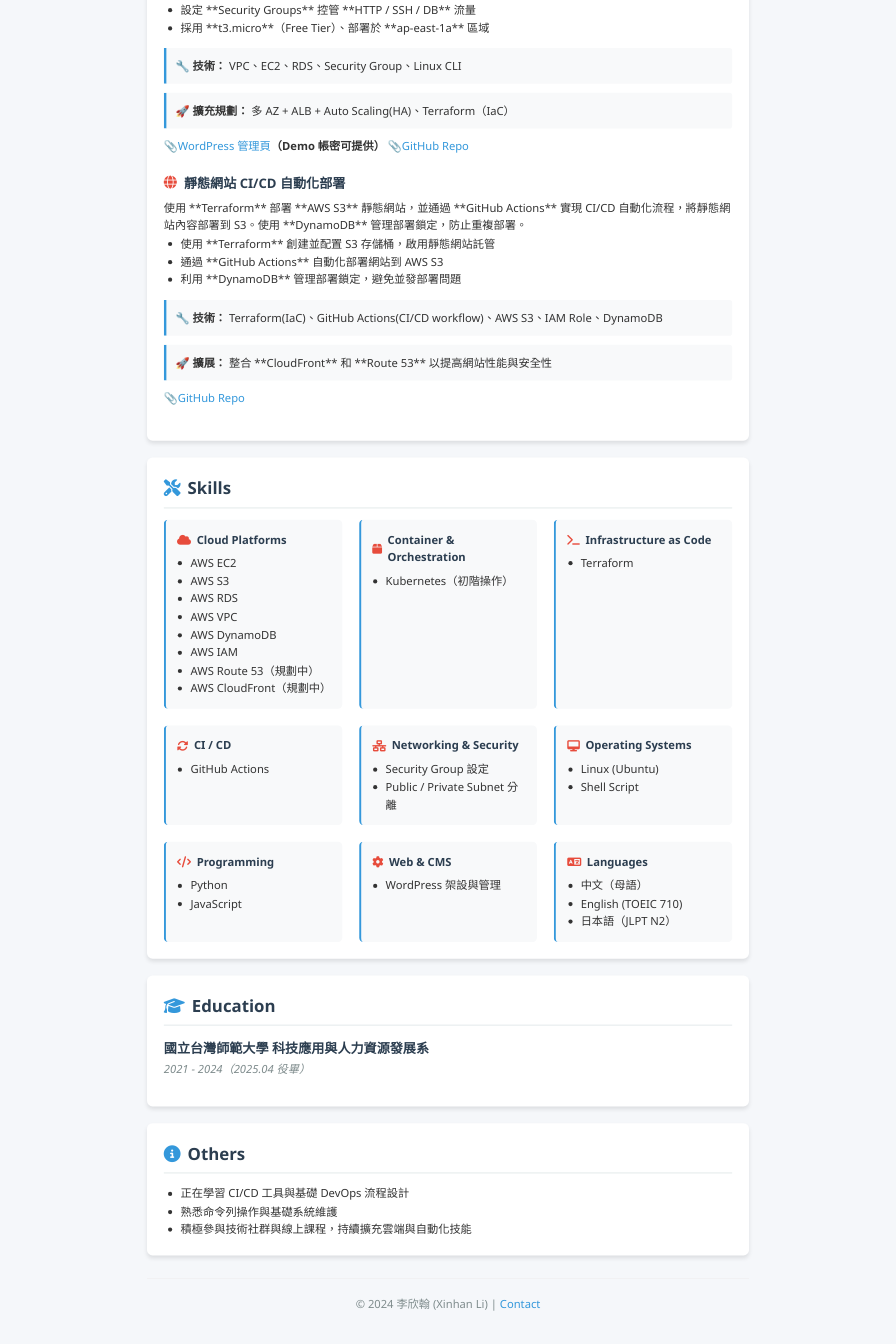
Repository: Graylee0128/aws-tf-ga-personal-website
Page: index.html
The author's editor kept a copy of each file at every save. The page is drawn from the files as they stood at one save, then again after the next save.
The browser window is 1280 px wide. The pictures show the part of the page from y = 772 to 2692 px (the page is 2692 px tall before and 2333 px after), at 70% of full size.

Above is the page before, as saved 2025-04-22 12:31:04.

### index.html
<!DOCTYPE html>
<html lang="zh-TW">
<head>
    <meta charset="UTF-8">
    <meta name="viewport" content="width=device-width, initial-scale=1.0">
    <title>李欣翰 (Xinhan Li) | DevOps & Cloud Engineer</title>
    <link rel="stylesheet" href="/styles/styles.css">
    <link rel="stylesheet" href="https://cdnjs.cloudflare.com/ajax/libs/font-awesome/6.4.0/css/all.min.css">
</head>
<body>
    <div class="container">
        <header>
            <div class="header-content">
                <div class="avatar-container" style="width:80px; height:80px;">
                    <img src="/images/head.JPG" alt="大頭" style="width:100%; height:100%; object-fit:cover;">
                </div>
                <h1>李欣翰 <span class="en-name">Xinhan Li</span></h1>
                <div class="contact-info">
                    <p><i class="fas fa-envelope"></i> <a href="mailto:xinhanli.job@gmail.com">xinhanli.job@gmail.com</a> |
                    <i class="fab fa-github"></i> <a href="https://github.com/yourusername" target="_blank">GitHub</a> |
                    <i class="fas fa-map-marker-alt"></i> 台灣，新北</p>
                </div>
            </div>
        </header>

        <main>
            <section class="card">
                <h2><i class="fas fa-bullseye"></i> Objective</h2>
                <p>熱衷雲端架構與自動化部署的 DevOps 初學者，具備 AWS 二層架構實作經驗，熟悉 EC2、S3、RDS 服務，並具備基本的 Kubernetes 操作能力。</p>
                <p>目前正在準備 AWS Certified Solutions Architect – Associate（SAA）證照，期望未來能成為一位專業的 DevOps / Cloud Engineer，參與 CI/CD 流程建置、雲端架構優化與平台穩定性提升等工作，並持續精進雲端與系統管理相關技能。</p>
            </section>

            <section class="card">
                <h2><i class="fas fa-briefcase"></i> Projects</h2>

                <div class="project">
                    <h3><i class="fas fa-globe"></i> AWS WordPress Web Architecture Project</h3>
                    <p>使用 **AWS** 架設 **WordPress** 雙層架構，實作基本雲端部署流程與網路隔離。</p>
                    <ul>
                        <li>使用自訂 **VPC** 劃分 **Public / Private Subnet**</li>
                        <li>在 **EC2**（Public Subnet）安裝 **WordPress**，並連接 **RDS**（Private Subnet）</li>
                        <li>設定 **Security Groups** 控管 **HTTP / SSH / DB** 流量</li>
                        <li>採用 **t3.micro**（Free Tier）、部署於 **ap-east-1a** 區域</li>
                    </ul>
                    <div class="tech-box">
                        <strong>🔧 技術：</strong> VPC、EC2、RDS、Security Group、Linux CLI
                    </div>
                    <div class="tech-box">
                        <strong>🚀 擴充規劃：</strong> 多 AZ + ALB + Auto Scaling(HA)、Terraform（IaC）
                    </div>
                    <div class="demo-link">
                        <strong>📎<a href="http://18.162.194.92/wp-admin/" target="_blank">WordPress 管理頁</a>（Demo 帳密可提供）</strong>
                        <strong>📎<a href="https://github.com/Graylee0128/aws-web-project" target="_blank">GitHub Repo</a></strong>
                    </div>
                </div>

                <div class="project">
                    <h3><i class="fas fa-globe"></i> 靜態網站 CI/CD 自動化部署</h3>
                    <p>使用 **Terraform** 部署 **AWS S3** 靜態網站，並通過 **GitHub Actions** 實現 CI/CD 自動化流程，將靜態網站內容部署到 S3。使用 **DynamoDB** 管理部署鎖定，防止重複部署。</p>
                    <ul>
                        <li>使用 **Terraform** 創建並配置 S3 存儲桶，啟用靜態網站託管</li>
                        <li>通過 **GitHub Actions** 自動化部署網站到 AWS S3</li>
                        <li>利用 **DynamoDB** 管理部署鎖定，避免並發部署問題</li>
                    </ul>
                    <div class="tech-box">
                        <strong>🔧 技術：</strong> Terraform(IaC)、GitHub Actions(CI/CD workflow)、AWS S3、IAM Role、DynamoDB
                    </div>
                    <div class="tech-box">
                        <strong>🚀 擴展：</strong> 整合 **CloudFront** 和 **Route 53** 以提高網站性能與安全性
                    </div>
                    <div class="demo-link">
                        <strong>📎<a href="https://github.com/Graylee0128/aws-tf-ga-personal-website" target="_blank">GitHub Repo</a></strong>
                    </div>
                </div>
            </section>

            <section class="card">
                <h2><i class="fas fa-tools"></i> Skills</h2>
                <div class="skills-container">
                    <div class="skill-category">
                        <h4><i class="fas fa-cloud"></i> Cloud Platforms</h4>
                        <ul>
                            <li>AWS EC2</li>
                            <li>AWS S3</li>
                            <li>AWS RDS</li>
                            <li>AWS VPC</li>
                            <li>AWS DynamoDB</li>
                            <li>AWS IAM</li>
                            <li>AWS Route 53（規劃中）</li>
                            <li>AWS CloudFront（規劃中）</li>
                        </ul>
                    </div>
                    <div class="skill-category">
                        <h4><i class="fas fa-box"></i> Container & Orchestration</h4>
                        <ul>
                            <li>Kubernetes（初階操作）</li>
                        </ul>
                    </div>
                    <div class="skill-category">
                        <h4><i class="fas fa-terminal"></i> Infrastructure as Code</h4>
                        <ul>
                            <li>Terraform</li>
                        </ul>
                    </div>
                    <div class="skill-category">
                        <h4><i class="fas fa-sync-alt"></i> CI / CD</h4>
                        <ul>
                            <li>GitHub Actions</li>
                        </ul>
                    </div>
                    <div class="skill-category">
                        <h4><i class="fas fa-network-wired"></i> Networking & Security</h4>
                        <ul>
                            <li>Security Group 設定</li>
                            <li>Public / Private Subnet 分離</li>
                        </ul>
                    </div>
                    <div class="skill-category">
                        <h4><i class="fas fa-desktop"></i> Operating Systems</h4>
                        <ul>
                            <li>Linux (Ubuntu)</li>
                            <li>Shell Script</li>
                        </ul>
                    </div>
                    <div class="skill-category">
                        <h4><i class="fas fa-code"></i> Programming</h4>
                        <ul>
                            <li>Python</li>
                            <li>JavaScript</li>
                        </ul>
                    </div>
                    <div class="skill-category">
                        <h4><i class="fas fa-cog"></i> Web & CMS</h4>
                        <ul>
                            <li>WordPress 架設與管理</li>
                        </ul>
                    </div>
                    <div class="skill-category">
                        <h4><i class="fas fa-language"></i> Languages</h4>
                        <ul>
                            <li>中文（母語）</li>
                            <li>English (TOEIC 710)</li>
                            <li>日本語（JLPT N2）</li>
                        </ul>
                    </div>
                </div>
            </section>

            <section class="card">
                <h2><i class="fas fa-graduation-cap"></i> Education</h2>
                <div class="education-item">
                    <h3>國立台灣師範大學 科技應用與人力資源發展系</h3>
                    <p class="date">2021 - 2024（2025.04 役畢）</p>
                </div>
            </section>

            <section class="card">
                <h2><i class="fas fa-info-circle"></i> Others</h2>
                <ul class="others-list">
                    <li>正在學習 CI/CD 工具與基礎 DevOps 流程設計</li>
                    <li>熟悉命令列操作與基礎系統維護</li>
                    <li>積極參與技術社群與線上課程，持續擴充雲端與自動化技能</li>
                </ul>
            </section>
        </main>

        <footer>
            <p>© 2024 李欣翰 (Xinhan Li) | <a href="mailto:xinhanli.job@gmail.com">Contact</a></p>
        </footer>
    </div>
</body>
</html>

### styles/styles.css
/* Base Styles */
:root {
    --primary-color: #3498db;
    --secondary-color: #2c3e50;
    --accent-color: #e74c3c;
    --light-color: #ecf0f1;
    --dark-color: #2c3e50;
    --text-color: #333;
    --text-light: #7f8c8d;
    --card-shadow: 0 4px 6px rgba(0, 0, 0, 0.1);
    --transition: all 0.3s ease;
}

* {
    margin: 0;
    padding: 0;
    box-sizing: border-box;
}

body {
    font-family: 'Segoe UI', Tahoma, Geneva, Verdana, sans-serif;
    line-height: 1.6;
    color: var(--text-color);
    background-color: #f5f7fa;
    padding: 0;
    margin: 0;
}

.container {
    max-width: 900px;
    margin: 0 auto;
    padding: 20px;
}

/* Header Styles */
header {
    background-color: var(--secondary-color);
    color: white;
    padding: 2rem 0;
    margin-bottom: 2rem;
    border-bottom: 4px solid var(--primary-color);
}

.header-content {
    max-width: 900px;
    margin: 0 auto;
    padding: 0 20px;
}

h1 {
    font-size: 2.5rem;
    margin-bottom: 0.5rem;
}

.en-name {
    font-weight: normal;
    font-size: 1.8rem;
    opacity: 0.9;
}

.contact-info {
    margin-top: 1rem;
}

.contact-info a {
    color: white;
    text-decoration: none;
    transition: var(--transition);
}

.contact-info a:hover {
    color: var(--primary-color);
}

.contact-info i {
    margin-right: 5px;
    width: 20px;
    text-align: center;
}

/* Card Styles */
.card {
    background: white;
    border-radius: 8px;
    padding: 1.5rem;
    margin-bottom: 1.5rem;
    box-shadow: var(--card-shadow);
    transition: var(--transition);
}

.card:hover {
    transform: translateY(-5px);
    box-shadow: 0 10px 20px rgba(0, 0, 0, 0.1);
}

.card h2 {
    color: var(--secondary-color);
    margin-bottom: 1rem;
    padding-bottom: 0.5rem;
    border-bottom: 2px solid var(--light-color);
    display: flex;
    align-items: center;
}

.card h2 i {
    margin-right: 10px;
    color: var(--primary-color);
}

/* Project Styles */
.project {
    margin-bottom: 1.5rem;
}

.project h3 {
    color: var(--dark-color);
    margin-bottom: 0.5rem;
    display: flex;
    align-items: center;
}

.project h3 i {
    margin-right: 10px;
    color: var(--accent-color);
}

.project ul {
    margin-left: 1.5rem;
    margin-bottom: 1rem;
}

.tech-box {
    background-color: #f8f9fa;
    border-left: 4px solid var(--primary-color);
    padding: 0.8rem;
    margin: 0.8rem 0;
    border-radius: 0 4px 4px 0;
}

.demo-link {
    margin-top: 0.8rem;
}

.demo-link a {
    color: var(--primary-color);
    text-decoration: none;
    font-weight: 500;
}

.demo-link a:hover {
    text-decoration: underline;
}

/* Skills Styles */
.skills-container {
    display: grid;
    grid-template-columns: repeat(auto-fill, minmax(200px, 1fr));
    gap: 1.5rem;
    margin-top: 1rem;
}

.skill-category {
    background-color: #f8f9fa;
    padding: 1rem;
    border-radius: 6px;
    border-left: 3px solid var(--primary-color);
}

.skill-category h4 {
    color: var(--secondary-color);
    margin-bottom: 0.5rem;
    display: flex;
    align-items: center;
}

.skill-category h4 i {
    margin-right: 8px;
    color: var(--accent-color);
}

.skill-category ul {
    margin-left: 1.2rem;
}

/* Education Styles */
.education-item {
    margin-bottom: 1rem;
}

.education-item h3 {
    color: var(--dark-color);
    margin-bottom: 0.2rem;
}

.date {
    color: var(--text-light);
    font-style: italic;
}

/* Others Styles */
.others-list {
    margin-left: 1.5rem;
}

/* Footer Styles */
footer {
    text-align: center;
    padding: 1.5rem 0;
    margin-top: 2rem;
    color: var(--text-light);
    border-top: 1px solid #eee;
}

footer a {
    color: var(--primary-color);
    text-decoration: none;
}

footer a:hover {
    text-decoration: underline;
}

/* Responsive Design */
@media (max-width: 768px) {
    .skills-container {
        grid-template-columns: 1fr;
    }

    h1 {
        font-size: 2rem;
    }

    .en-name {
        font-size: 1.4rem;
    }

    .header-content, .container {
        padding: 0 15px;
    }
}

@media (max-width: 480px) {
    .contact-info p {
        font-size: 0.9rem;
    }
}


.download-btn-container {
    margin-top: 10px;
}

.download-btn {
    background-color: #4CAF50; /* 綠色背景 */
    color: white; /* 白色文字 */
    border: none; /* 去掉邊框 */
    padding: 10px 20px; /* 上下 10px，左右 20px */
    text-align: center; /* 文字居中 */
    text-decoration: none; /* 去掉底線 */
    display: inline-block; /* 使按鈕並排顯示 */
    font-size: 16px; /* 字體大小 */
    cursor: pointer; /* 鼠標為指針狀 */
    border-radius: 5px; /* 圓角 */
    transition: background-color 0.3s ease; /* 滑鼠懸停顏色變換效果 */
}

.download-btn:hover {
    background-color: #45a049; /* 滑鼠懸停時顏色變深 */
}

After the next save:
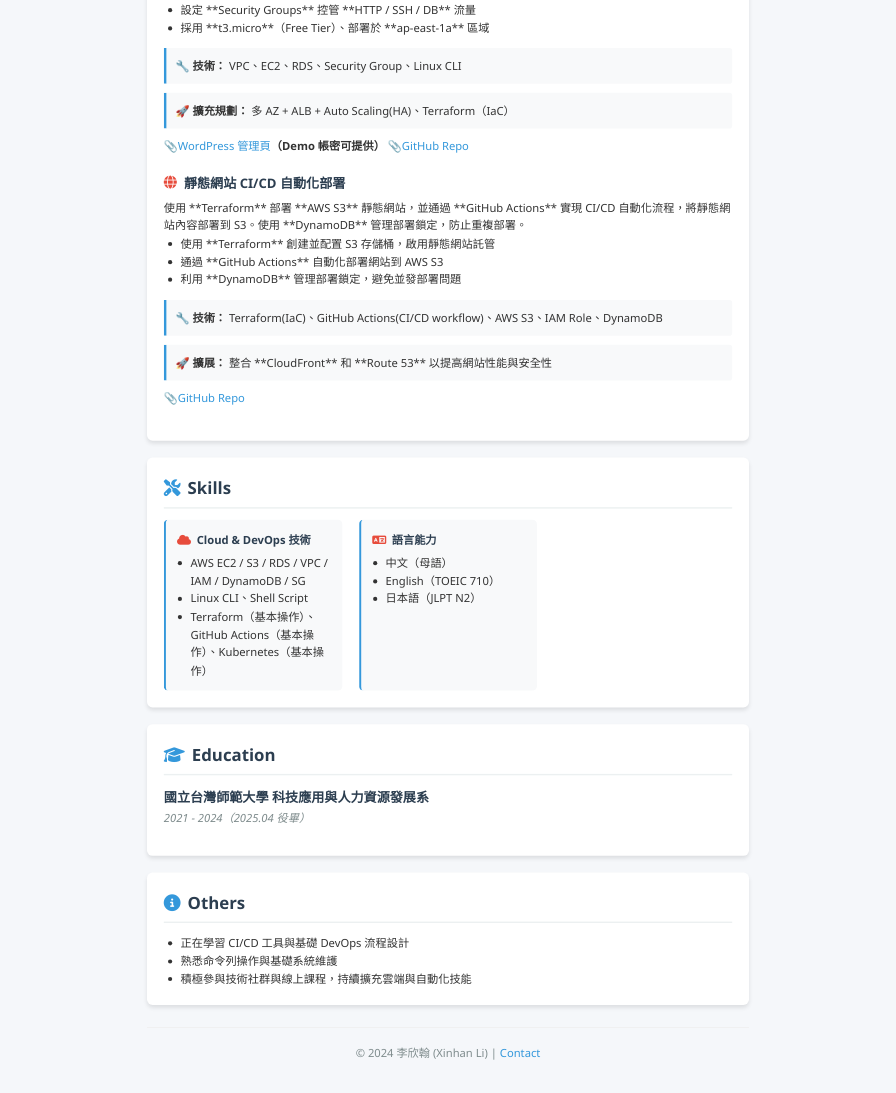
Saved 5 min 1 s later.
--- a/index.html
+++ b/index.html
@@ -78,73 +78,24 @@
                 <h2><i class="fas fa-tools"></i> Skills</h2>
                 <div class="skills-container">
                     <div class="skill-category">
-                        <h4><i class="fas fa-cloud"></i> Cloud Platforms</h4>
+                        <h4><i class="fas fa-cloud"></i> Cloud & DevOps 技術</h4>
                         <ul>
-                            <li>AWS EC2</li>
-                            <li>AWS S3</li>
-                            <li>AWS RDS</li>
-                            <li>AWS VPC</li>
-                            <li>AWS DynamoDB</li>
-                            <li>AWS IAM</li>
-                            <li>AWS Route 53（規劃中）</li>
-                            <li>AWS CloudFront（規劃中）</li>
+                            <li>AWS EC2 / S3 / RDS / VPC / IAM / DynamoDB / SG</li>
+                            <li>Linux CLI、Shell Script</li>
+                            <li>Terraform（基本操作）、GitHub Actions（基本操作）、Kubernetes（基本操作）</li>
                         </ul>
                     </div>
                     <div class="skill-category">
-                        <h4><i class="fas fa-box"></i> Container & Orchestration</h4>
-                        <ul>
-                            <li>Kubernetes（初階操作）</li>
-                        </ul>
-                    </div>
-                    <div class="skill-category">
-                        <h4><i class="fas fa-terminal"></i> Infrastructure as Code</h4>
-                        <ul>
-                            <li>Terraform</li>
-                        </ul>
-                    </div>
-                    <div class="skill-category">
-                        <h4><i class="fas fa-sync-alt"></i> CI / CD</h4>
-                        <ul>
-                            <li>GitHub Actions</li>
-                        </ul>
-                    </div>
-                    <div class="skill-category">
-                        <h4><i class="fas fa-network-wired"></i> Networking & Security</h4>
-                        <ul>
-                            <li>Security Group 設定</li>
-                            <li>Public / Private Subnet 分離</li>
-                        </ul>
-                    </div>
-                    <div class="skill-category">
-                        <h4><i class="fas fa-desktop"></i> Operating Systems</h4>
-                        <ul>
-                            <li>Linux (Ubuntu)</li>
-                            <li>Shell Script</li>
-                        </ul>
-                    </div>
-                    <div class="skill-category">
-                        <h4><i class="fas fa-code"></i> Programming</h4>
-                        <ul>
-                            <li>Python</li>
-                            <li>JavaScript</li>
-                        </ul>
-                    </div>
-                    <div class="skill-category">
-                        <h4><i class="fas fa-cog"></i> Web & CMS</h4>
-                        <ul>
-                            <li>WordPress 架設與管理</li>
-                        </ul>
-                    </div>
-                    <div class="skill-category">
-                        <h4><i class="fas fa-language"></i> Languages</h4>
+                        <h4><i class="fas fa-language"></i> 語言能力</h4>
                         <ul>
                             <li>中文（母語）</li>
-                            <li>English (TOEIC 710)</li>
+                            <li>English（TOEIC 710）</li>
                             <li>日本語（JLPT N2）</li>
                         </ul>
                     </div>
                 </div>
             </section>
+
 
             <section class="card">
                 <h2><i class="fas fa-graduation-cap"></i> Education</h2>
